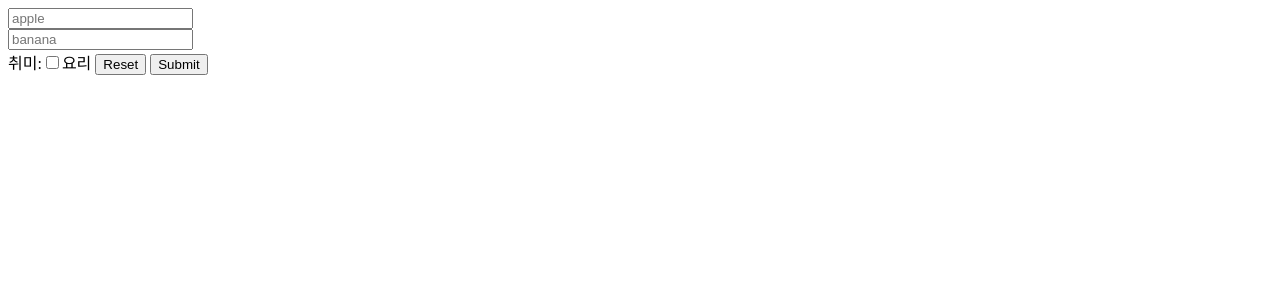
Repository: djdh94/jsp_practice
Page: http://localhost/JSPBasic/jspObject/3.cookie/test.jsp
The author's editor kept a copy of each file at every save. The page is drawn from the files as they stood at one save, then again after the next save.
The browser window is 1280 px wide. The pictures show the whole page.
The page is served by Tomcat 9. Other server files are loaded and not shown.

Above is the page before, as saved 2022-02-05 03:59:48.

### JSPBasic/src/main/webapp/jspObject/3.cookie/test.jsp
<%@page import="java.util.Date"%>
<%@page import="java.util.ArrayList"%>
<%@page import="java.util.List"%>
<%@ page language="java" contentType="text/html; charset=UTF-8"
    pageEncoding="UTF-8"%>


<!DOCTYPE html>
<html>
<head>
<meta charset="UTF-8">
<title>Insert title here</title>
</head>
<body>
	<form action="test2.jsp" method="get">
	<input type="text" name="apple" placeholder="apple"/><br/>
	<input type="password" name="banana" placeholder="banana"/><br/>
	취미:<input type="checkbox" name="hobby">요리
	<input type="reset"/>
	<input type="submit"/>
	</form>
</body>
</html>

After the next save:
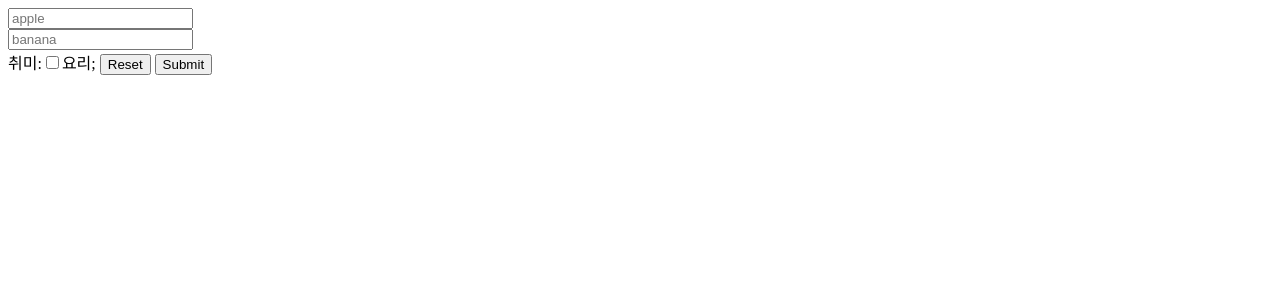
Saved 4 s later.
--- a/JSPBasic/src/main/webapp/jspObject/3.cookie/test.jsp
+++ b/JSPBasic/src/main/webapp/jspObject/3.cookie/test.jsp
@@ -15,7 +15,7 @@
 	<form action="test2.jsp" method="get">
 	<input type="text" name="apple" placeholder="apple"/><br/>
 	<input type="password" name="banana" placeholder="banana"/><br/>
-	취미:<input type="checkbox" name="hobby">요리
+	취미:<input type="checkbox" name="hobby">요리;
 	<input type="reset"/>
 	<input type="submit"/>
 	</form>
